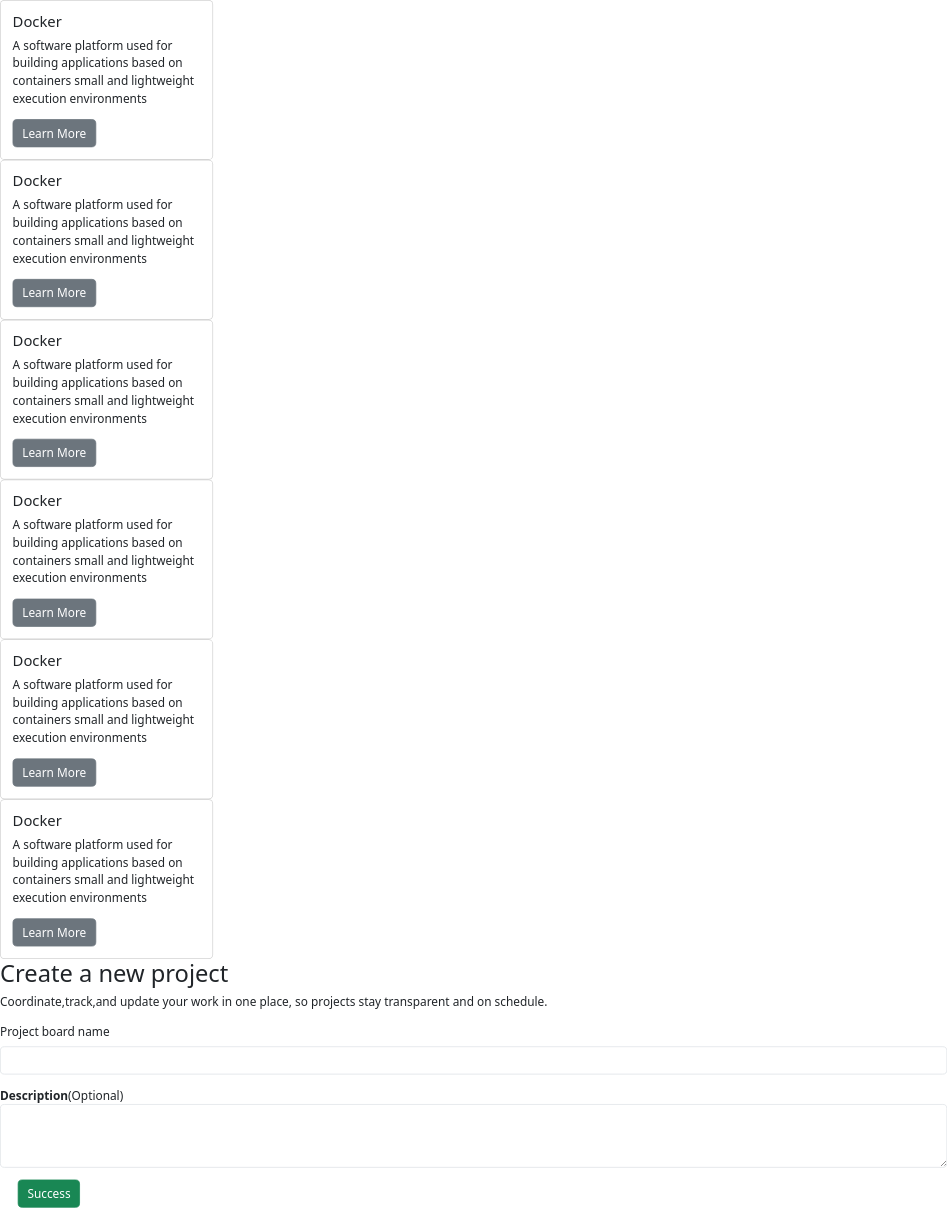
Repository: NSS-Evening-25-Cohort/e25-gitsub-control-alt-defeat
Page: index.html
An editor plug-in stored every save of this project. The page is shown before and after the next save, followed by the edit.
The browser window is 1280 px wide. The pictures show the whole page, at 74% of full size.

Above is the page before, as saved 2023-11-07 19:21:13.

### index.html
<!DOCTYPE html>
<html lang="en">
  <head>
    <meta charset="UTF-8" />
    <meta name="viewport" content="width=device-width, initial-scale=1.0" />
    <link
      rel="stylesheet"
      href="https://cdn.jsdelivr.net/npm/bootstrap@5.3.2/dist/css/bootstrap.min.css"
    />
    <link rel="stylesheet" href="main.css" />
    <title>Document</title>
  </head>
  <body>
    <div id="app2"></div>
    <div id="app1"></div>
    <script src="	https://cdn.jsdelivr.net/npm/bootstrap@5.3.2/dist/js/bootstrap.bundle.min.js"></script>
    <div class="packageHeader"><h2>Create a new project</h2>
      <p>Coordinate,track,and update your work in one place, so projects stay transparent and on schedule.</p>
    </div>

    <form>
        <div class="mb-3">
        <label for="exampleInputEmail1" class="form-label" id="boardName">Project board name</label>
        <input type="text" class="form-control" class="packageForm" id="projectBoardName" aria-describedby="emailHelp">
      </div>
      <div class="form-group mb-3">
        <label for="exampleFormControlTextarea1" id="descriptionName" class="packageForm"><B>Description</B>(Optional)</label>
        <textarea class="form-control" id="projectDescription" rows="3"></textarea>
      </div>
      </div>
      <div class="mb-3 form-check">
        <button type="submit" class="btn btn-success">Success</button>
    </form>

    <script src="main.js"></script>

  </body>
</html>

### main.css
/* body {
  background-color: black;
  display: flex;
  flex-direction: column;
}

.headerPlacement {
  display: flex;
  justify-content: end;
}

header {
  margin: 3%;
  height: 3rem;
  width: 65%;
  justify-content: left;
  display: flex;
  gap: 5%;
  background-color: blue;
}

#sidebar {
  background-color: blueviolet;
  float: left;
  margin-right: 8%;
  width: 175px;
}

.appContainer {
  display: flex;
  justify-content: center;
  margin: 3%;
}

#app1 {
  background-color: aqua;
  height: 250px;
  width: 400px;
}

#app2 {
  margin-top: 5%;
  background-color: blue;
  height: 250px;
}

.footer {
  background-color: aquamarine;
  display: flex;
  justify-content: center;
  gap: 10%;
}   */

.footer img {
  width: 10px;
  height: 10px;
  border-radius: 10px;
  margin-right: 10px;
}
#app2 {
  display: flex;
  flex-wrap: wrap;
}

### main.js
const packageCards =[
  {
    id: 1,
    name: "Docker",
    info: "A software platform used for building applications based on containers small and lightweight execution environments",
  },
  {
    id: 2,
    name: "Docker",
    info: "A software platform used for building applications based on containers small and lightweight execution environments"
  },
  {
    id: 3,
    name: "Docker",
    info: "A software platform used for building applications based on containers small and lightweight execution environments"
  },
  {
    id: 4,
    img: "image",
    name: "Docker",
    info: "A software platform used for building applications based on containers small and lightweight execution environments"
  },
  {
    id: 5,
    imageURL: "https://www.google.com/url?sa=i&url=https%3A%2F%2Fwww.creativebloq.com%2Fnews%2Ftwitter-logo-history&psig=AOvVaw3y8LYKl_CxiwL2W_oTsGUa&ust=1699413723681000&source=images&cd=vfe&ved=0CBEQjRxqFwoTCKD7mcz3sIIDFQAAAAAdAAAAABAE",
    name: "Docker",
    info: "A software platform used for building applications based on containers small and lightweight execution environments"
  },
  {
    id: 6,
    name: "Docker",
    info: "A software platform used for building applications based on containers small and lightweight execution environments"
  },
];

const app1 = document.querySelector("#app1");
const app2 = document.querySelector("#app2");

const renderToDom = (packageCards) =>{

  let domString = "";

  for(let card of packageCards){
    domString += `<div class="card" style="width: 18rem;">
    <div class="card-body">
      <h5>${card.name}</h5>
      <p class="card-text">${card.info}</p>
      <button type="button" class="btn btn-secondary">Learn More</button>
    </div>
  </div>`
  }
  const app1 = document.querySelector("#app1")
  app1.innerHTML = domString
}
renderToDom(packageCards)


const form = document.querySelector("form");

const createPackage = (event) =>{
  event.preventDefault();

  const newPackage = {
    id: packageCards.length +1,
    name: document.querySelector("#projectBoardName").value,
    info: document.querySelector("#projectDescription").value,
  }
  packageCards.push(newPackage);
  renderToDom(packageCards);
  form.reset();
}
form.addEventListener("submit", createPackage)

After the next save:
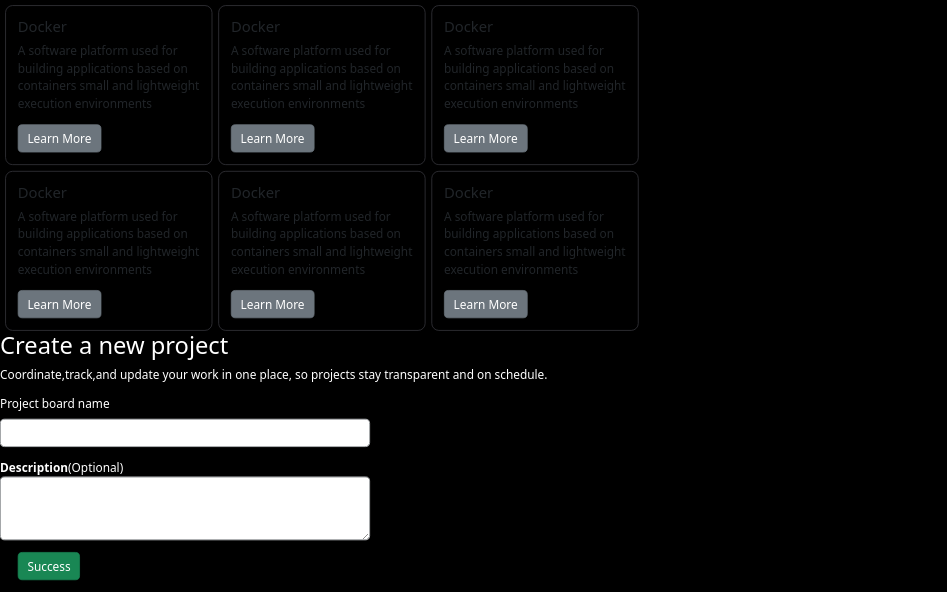
Saved 7 s later.
--- a/main.css
+++ b/main.css
@@ -1,63 +1,30 @@
-/* body {
+body {
   background-color: black;
-  display: flex;
-  flex-direction: column;
 }
 
-.headerPlacement {
+#app1{
+  flex-wrap: wrap;
   display: flex;
-  justify-content: end;
+  width: 900px;
 }
 
-header {
-  margin: 3%;
-  height: 3rem;
-  width: 65%;
-  justify-content: left;
-  display: flex;
-  gap: 5%;
-  background-color: blue;
+.mb-3{
+  width:500px;
+  color: white;
 }
 
-#sidebar {
-  background-color: blueviolet;
-  float: left;
-  margin-right: 8%;
-  width: 175px;
+.packageHeader{
+  color:white;
 }
 
-.appContainer {
-  display: flex;
-  justify-content: center;
-  margin: 3%;
+.card-body{
+  border: solid rgb(58, 58, 65) 1px;
+  border-radius: 10px;
+  background-color:black;
 }
 
-#app1 {
-  background-color: aqua;
-  height: 250px;
-  width: 400px;
+.card{
+  background-color:black;
+  padding-left: 6px;
+  padding-top: 6px;
 }
-
-#app2 {
-  margin-top: 5%;
-  background-color: blue;
-  height: 250px;
-}
-
-.footer {
-  background-color: aquamarine;
-  display: flex;
-  justify-content: center;
-  gap: 10%;
-}   */
-
-.footer img {
-  width: 10px;
-  height: 10px;
-  border-radius: 10px;
-  margin-right: 10px;
-}
-#app2 {
-  display: flex;
-  flex-wrap: wrap;
-}
